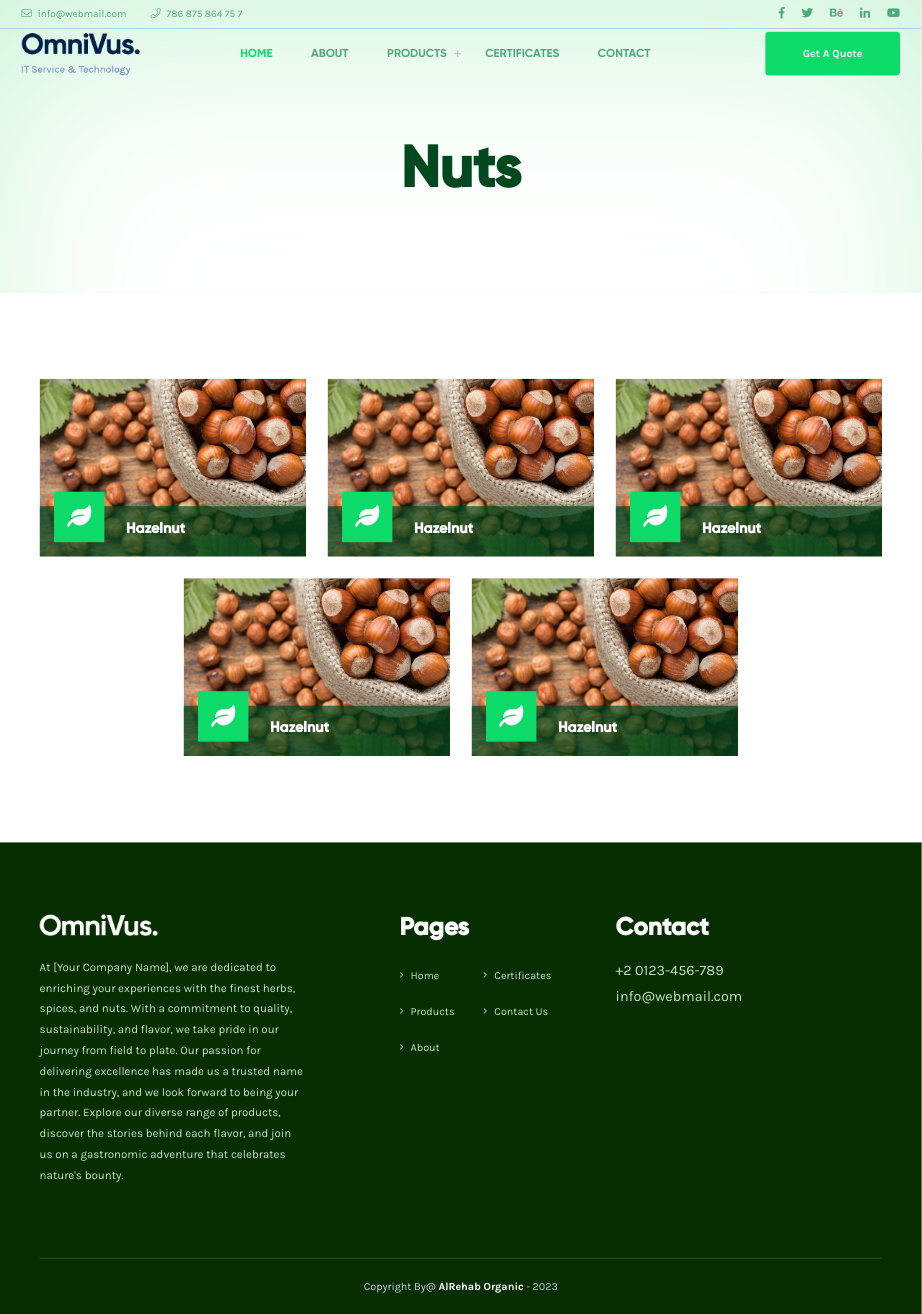
Repository: ziadmoh/alrehab-organic
Page: products.html
The author's editor kept a copy of each file at every save. The page is drawn from the files as they stood at one save, then again after the next save.
The browser window is 1280 px wide. The pictures show the whole page, at 72% of full size.
The style sheet was rebuilt from its Sass, Less or Tailwind sources for each picture, by a compiler version that may differ from the author's.

Above is the page before, as saved 2023-09-26 12:09:47.

### products.html
<!DOCTYPE html>
<html lang="zxx">

<head>
    <!--====== Required meta tags ======-->
    <meta charset="utf-8" />
    <meta http-equiv="x-ua-compatible" content="ie=edge" />
    <meta name="description" content="" />
    <meta name="viewport" content="width=device-width, initial-scale=1, shrink-to-fit=no" />

    <!--====== Title ======-->
    <title> Herbs and Spices Exporter | AlRehab Organic </title>
    <!--====== Favicon Icon ======-->
    <link rel="shortcut icon" href="assets/img/favicon.ico" type="img/png" />
    <!--====== Bootstrap css ======-->
    <link rel="stylesheet" href="assets/css/bootstrap.min.css" />
    <!--====== Slick Slider ======-->
    <link rel="stylesheet" href="assets/css/slick.css" />
    <!--====== Magnific ======-->
    <link rel="stylesheet" href="assets/css/magnific-popup.css" />
    <!--====== Animate CSS ======-->
    <link rel="stylesheet" href="assets/css/animate.min.css" />
    <!--====== Font Awesome ======-->
    <link rel="stylesheet" href="assets/css/font-awesome.min.css" />
    <!--====== Main Css ======-->
    <link rel="stylesheet" href="assets/css/style.css" />
</head>

<body>
    <!--====== Preloader Start ======-->
    <div id="preloader">
        <div class="loader-cubes">
            <div class="loader-cube1 loader-cube"></div>
            <div class="loader-cube2 loader-cube"></div>
            <div class="loader-cube4 loader-cube"></div>
            <div class="loader-cube3 loader-cube"></div>
        </div>
    </div>
    <!--====== Preloader End ======-->

    <!--====== Header Part Start ======-->
    <header class="header-two header-full-width sticky-header">
        <div class="header-topbar d-none d-sm-block">
            <div class="container-fluid">
                <div class="row align-items-center justify-content-between">
                    <div class="col-sm-auto col-12">
                        <ul class="contact-info text-center">
                            <li><a href="#"><i class="fal fa-envelope"></i> info@webmail.com</a></li>
                            <li><a href="#"><i class="fal fa-phone"></i> 786 875 864 75 7</a></li>
                        </ul>
                    </div>
                    <div class="col-sm-auto col-12">
                        <div class="social-icon text-center">
                            <ul>
                                <li><a href="#"><i class="fab fa-facebook-f"></i></a></li>
                                <li><a href="#"><i class="fab fa-twitter"></i></a></li>
                                <li><a href="#"><i class="fab fa-behance"></i></a></li>
                                <li><a href="#"><i class="fab fa-linkedin-in"></i></a></li>
                                <li><a href="#"><i class="fab fa-youtube"></i></a></li>
                            </ul>
                        </div>
                    </div>
                </div>
            </div>
        </div>
        <div class="header-navigation">
            <div class="container-fluid d-flex align-items-center justify-content-between">
                <div class="header-left">
                    <div class="site-logo">
                        <a href="index.html"><img src="assets/img/logo-2.png" alt="Omnivus"></a>
                    </div>
                </div>
                <div class="site-nav-menu">
                    <ul class="primary-menu">
                        <li class="current">
                            <a class="nav-link" href="index-3.html">Home</a>

                        </li>
                        <li>
                            <a class="nav-link" href="about.html">About</a>
                        </li>
                        <li>
                            <a href="#">Products</a>
                            <ul class="submenu">
                                <li><a href="products.html">Nuts</a></li>
                                <li><a href="products.html">Herbs</a></li>
                                <li><a href="products.html">Spices</a></li>
                                <!-- <li><a href="products-details.html">Services Details</a></li> -->
                            </ul>
                        </li>

                        <li>
                            <a class="nav-link" href="certificates.html">Certificates</a>
                        </li>
                        <li>
                            <a href="contact.html">Contact</a>
                        </li>
                    </ul>
                    <a href="#" class="nav-close"><i class="fal fa-times"></i></a>
                </div>
                <div class="header-extra d-flex align-items-center">
                    <div class="nav-toggler">
                        <span></span><span></span><span></span>
                    </div>
                    <div class="navbar-btn">
                        <a href="#">Get A Quote</a>
                    </div>
                </div>
            </div>
        </div>
    </header>
    <!--====== Header Part End ======-->

    <!--====== Page Title start ======-->
    <section class="page-title-area">
        <div class="container">
            <h2 class="title">Nuts</h2>
        </div>
    </section>
    <!--====== Page Title End ======-->

    <!--====== Service Section Start ======-->
    <section class="service-section-two section-gap-top pb-90">
        <div class="container">
            <div class="row service-items justify-content-center">
                <div class="col-lg-4 col-md-6 col-sm-8">
                    <div class="service-item-eight mb-30">
                        <div class="service-img">
                            <img src="assets/img/products/hazelnut.jpg" alt="Image">
                        </div>
                        <div class="services-overlay">
                            <div class="icon"><i class="fas fa-leaf"></i></div>
                            <h4 class="title"><a href="#">Hazelnut</a></h4>
                            <p>Lorem ipsum dolor sit amet consectetur adipisicing elit. Debitis harum tenetur eligendi explicabo, natus excepturi.</p>
                        </div>
                    </div>
                </div>
                <div class="col-lg-4 col-md-6 col-sm-8">
                    <div class="service-item-eight mb-30">
                        <div class="service-img">
                            <img src="assets/img/products/hazelnut.jpg" alt="Image">
                        </div>
                        <div class="services-overlay">
                            <div class="icon"><i class="fas fa-leaf"></i></div>
                            <h4 class="title"><a href="#">Hazelnut</a></h4>
                            <p>Lorem ipsum dolor sit amet consectetur adipisicing elit. Debitis harum tenetur eligendi explicabo, natus excepturi.</p>
                        </div>
                    </div>
                </div>
                <div class="col-lg-4 col-md-6 col-sm-8">
                    <div class="service-item-eight mb-30">
                        <div class="service-img">
                            <img src="assets/img/products/hazelnut.jpg" alt="Image">
                        </div>
                        <div class="services-overlay">
                            <div class="icon"><i class="fas fa-leaf"></i></div>
                            <h4 class="title"><a href="#">Hazelnut</a></h4>
                            <p>Lorem ipsum dolor sit amet consectetur adipisicing elit. Debitis harum tenetur eligendi explicabo, natus excepturi.</p>
                        </div>
                    </div>
                </div>
                <div class="col-lg-4 col-md-6 col-sm-8">
                    <div class="service-item-eight mb-30">
                        <div class="service-img">
                            <img src="assets/img/products/hazelnut.jpg" alt="Image">
                        </div>
                        <div class="services-overlay">
                            <div class="icon"><i class="fas fa-leaf"></i></div>
                            <h4 class="title"><a href="#">Hazelnut</a></h4>
                            <p>Lorem ipsum dolor sit amet consectetur adipisicing elit. Debitis harum tenetur eligendi explicabo, natus excepturi.</p>
                        </div>
                    </div>
                </div>
                <div class="col-lg-4 col-md-6 col-sm-8">
                    <div class="service-item-eight mb-30">
                        <div class="service-img">
                            <img src="assets/img/products/hazelnut.jpg" alt="Image">
                        </div>
                        <div class="services-overlay">
                            <div class="icon"><i class="fas fa-leaf"></i></div>
                            <h4 class="title"><a href="#">Hazelnut</a></h4>
                            <p>Lorem ipsum dolor sit amet consectetur adipisicing elit. Debitis harum tenetur eligendi explicabo, natus excepturi.</p>
                        </div>
                    </div>
                </div>

            </div>
        </div>
    </section>
    <!--====== Service Section End ======-->


    <!--====== Back to top start ======-->
    <div class="back-to-top">
        <a href="#"> <i class="fas fa-arrow-up"></i> </a>
    </div>
    <!--====== Back to top start ======-->

    <!--====== Footer PART START ======-->
    <footer class="footer-area">
        <div class="container">
            <div class="row footer-widgets">
                <div class="col-lg-4 col-md-6 col-md-7">
                    <div class="widget about-widget">
                        <div class="logo">
                            <img src="assets/img/logo-1.1.png" alt="">
                        </div>
                        <p>At [Your Company Name], we are dedicated to enriching your experiences with the finest herbs, spices, and nuts. With a commitment to quality, sustainability, and flavor, we take pride in our journey from field to plate. Our passion for delivering excellence has made us a trusted name in the industry, and we look forward to being your partner. Explore our diverse range of products, discover the stories behind each flavor, and join us on a gastronomic adventure that celebrates nature's bounty.</p>

                    </div>
                </div>
                <div class="col-lg-3 col-md-6 offset-xl-1">
                    <div class="widget nav-widget">
                        <h4 class="widget-title">Pages</h4>
                        <div class="footer-list">
                            <ul>
                                <li><a href="index.html"><i class="fal fa-angle-right"></i> Home</a></li>
                                <li><a href="products.html"><i class="fal fa-angle-right"></i> Products</a></li>
                                <li><a href="about.html"><i class="fal fa-angle-right"></i> About</a></li>

                            </ul>
                            <ul>
                                <li><a href="certificates.html"><i class="fal fa-angle-right"></i> Certificates</a></li>
                                <li><a href="contact.html"><i class="fal fa-angle-right"></i> Contact Us</a></li>

                            </ul>
                        </div>
                    </div>
                </div>
                <div class="col-lg-4 col-md-6 col-md-6">
                    <div class="widget contact-widget">
                        <h4 class="widget-title">Contact</h4>
                        <ul>

                            <li>+2 0123-456-789</li>
                            <li>info@webmail.com</li>
                        </ul>
                    </div>
                </div>
            </div>
            <div class="footer-copyright">
                <p>Copyright By@ <a href="#">AlRehab Organic</a> - 2023</p>
            </div>
        </div>
    </footer>
    <!--====== Footer PART ENDS ======-->

    <!--====== Jquery ======-->
    <script src="assets/js/jquery-1.12.4.min.js"></script>
    <!--====== Bootstrap ======-->
    <script src="assets/js/bootstrap.bundle.min.js"></script>
    <!--====== Slick slider ======-->
    <script src="assets/js/slick.min.js"></script>
    <!--====== Magnific ======-->
    <script src="assets/js/jquery.magnific-popup.min.js"></script>
    <!--====== Isotope ======-->
    <script src="assets/js/isotope.pkgd.min.js"></script>
    <!--====== Imagesloaded ======-->
    <script src="assets/js/imagesloaded.pkgd.min.js"></script>
    <!--====== Inview ======-->
    <script src="assets/js/jquery.inview.min.js"></script>
    <!--====== Easy Pie Chart ======-->
    <script src="assets/js/jquery.easypiechart.min.js"></script>
    <!--====== Syotimer ======-->
    <script src="assets/js/jquery.syotimer.min.js"></script>
    <!--====== Wow ======-->
    <script src="assets/js/wow.min.js"></script>
    <!--====== Main JS ======-->
    <script src="assets/js/main.js"></script>
</body>

</html>

### assets/scss/style.scss
/*-----------------------------------------------------------------------------------
    Template Name: Omnivus - IT Solutions & Digital Services HTML5 Template
    Template URI: https://webtend.net/demo/html/omnivus/
    Author: WebTend
    Author URI:  https://webtend.net/
    Version: 1.0

    Note: This is Main Style Scss File.
-----------------------------------------------------------------------------------
	CSS INDEX
	===================
    01. Common
    02. Header
    03. Banner
    04. Service
    05. Feature
    05. Portdolio
    07. Counter
    08. Team
    09. Testimonial
    10. Call to action
    11. Latest Post
    12. About
    13. Why Choose
    14. Contact
    15. Intro Video
    16. Accordion
    17. history
    18. Brand
    19. Page title
    20. Shop
    21. Blog
    22. Pricing
    23. Tile Gallery
    24. Comming Soon
    25. Privacy
-----------------------------------------------------------------------------------*/

@import "variables";
@import "common";
@import "header";
@import "banner";
@import "service";
@import "feature";
@import "portfolio";
@import "counter";
@import "team";
@import "testimonial";
@import "cta";
@import "latest-news";
@import "about";
@import "why-choose";
@import "contact";
@import "intro-video";
@import "accordion";
@import "history";
@import "brand";
@import "footer";
@import "page-title";
@import "shop";
@import "blog";
@import "pricing";
@import "tile-gallery";
@import "coming-soon";
@import "privacy";

### assets/scss/_brand.scss
/*=======  Brand Slider  =======*/
.brand-slider {
    .brand-item {
        text-align: center;

        a {
            opacity: 0.2;

            &:hover {
                opacity: 1;
            }
        }

        &.full-opacity a{
            opacity: 1;
        }
    }

    .slick-track {
        display: flex;
        align-items: center;
    }
}

### assets/scss/_page-title.scss
/*=======  Page Title  =======*/
.page-title-area {
    background: #a9ecbb96;
    position: relative;
    z-index: 1;
    text-align: center;
    padding-top: 190px;
    padding-bottom: 110px;

    @include respond-below(sm) {
        padding-top: 180px;
    }

    &::before {
        position: absolute;
        content: "";
        top: 0;
        left: 0;
        width: 100%;
        height: 100%;
        background-image: url(../img/banner/banner-gradient-bg-2.png);
        background-repeat: no-repeat;
        background-size: cover;
        background-position: center;
        z-index: -1;
    }

    .title {
        font-size: 80px;
        margin-bottom: 10px;

        @include respond-below(lg) {
            font-size: 62px;
        }

        @include respond-below(sm) {
            font-size: 38px;
        }
    }

    .breadcrumb-nav {
        display: flex;
        justify-content: center;

        li {
            font-size: 24px;
            font-weight: 700;
            position: relative;
            line-height: 1;

            @include respond-below(sm) {
                font-size: 18px;
            }

            &:not(:last-child) {
                &::after {
                    content: "|";
                    margin: 0 8px;
                }
            }

            &,
            a {
                color: #69a1bb;
            }
        }
    }
}

### assets/scss/_tile-gallery.scss
/*======= Tile Gallery =======*/
.tile-gallery-one {
    text-align: right;

    img {
        border: 11px solid $white;
        box-shadow: 0px 13px 30px rgba(0, 0, 0, 0.07);
    }

    .img-one {
        text-align: left;

        @include respond-between(lg, xl) {
            max-width: 90%;
        }

        @include respond-below(md) {
            max-width: 90%;
        }
    }

    .img-two {
        margin-top: -80px;
        position: relative;
        display: inline-block;
        margin-left: auto;
        z-index: 1;

        @include respond-between(lg, xl) {
            max-width: 90%;
        }

        @include respond-below(md) {
            max-width: 90%;
        }

        &::before {
            content: "";
            position: absolute;
            content: "";
            left: -15px;
            bottom: -15px;
            background-color: $primary-color;
            z-index: -1;
            height: 180px;
            width: 180px;
            clip-path: polygon(0 0, 0% 100%, 100% 100%);
        }
    }
}

.tile-gallery-two {
    text-align: right;

    .img-one {
        text-align: left;

        @include respond-below(sm) {
            max-width: 90%;
        }
    }

    .img-two {
        margin-top: -220px;
        position: relative;
        z-index: 1;
        display: inline-block;

        @include respond-between(lg, xl) {
            max-width: 80%;
        }

        @include respond-below(sm) {
            max-width: 90%;
        }

        &::before {
            content: "";
            position: absolute;
            content: "";
            right: -15px;
            bottom: -15px;
            background-color: $primary-color;
            z-index: -1;
            width: calc(100% - 80px);
            height: calc(100% - 80px);
            clip-path: polygon(100% 0, 0% 100%, 100% 100%);
        }
    }
}

.tile-gallery-three {
    .img-one {
        text-align: right;

        @include respond-below(sm) {
            max-width: 90%;
        }
    }

    .img-two {
        margin-top: -220px;
        position: relative;
        z-index: 1;
        display: inline-block;

        @include respond-below(sm) {
            max-width: 90%;
        }

        @include respond-between(lg, xl) {
            max-width: 90%;
        }

        img {
            border: 15px solid $soft-blue;
        }
    }
}

### assets/scss/_privacy.scss
/*=======  Privacy  =======*/
.privacy-area {
    .content-box {
        padding-bottom: 25px;
        border-bottom: 1px solid $border-color;
        color: $text-color-2;

        &:last-child {
            border-bottom: none;
        }

        h2 {
            margin-bottom: 20px;
        }

        h4 {
            max-width: 80%;
            margin-bottom: 15px;
        }

        p {
            margin-bottom: 20px;
        }

        ul.list {
            margin-top: 15px;

            li {
                position: relative;
                padding-left: 20px;
                padding-bottom: 15px;
                line-height: 20px;

                &:before {
                    position: absolute;
                    top: 5px;
                    left: 0;
                    width: 10px;
                    height: 10px;
                    border-radius: 10px;
                    background: $secondary-color;
                    content: "";
                }
            }
        }
    }
}

Loaded but not shown: assets/css/bootstrap.min.css (library); assets/css/slick.css (common file); assets/css/magnific-popup.css (library); assets/css/animate.min.css (library); assets/css/font-awesome.min.css (library); assets/js/jquery-1.12.4.min.js (library); assets/js/bootstrap.bundle.min.js (library); assets/js/slick.min.js (library); assets/js/jquery.magnific-popup.min.js (library); assets/js/isotope.pkgd.min.js (library); assets/js/imagesloaded.pkgd.min.js (library); assets/js/jquery.inview.min.js (common file); assets/js/jquery.easypiechart.min.js (library); assets/js/jquery.syotimer.min.js (library); assets/js/wow.min.js (library); assets/js/main.js (629 lines, source omitted); assets/scss/_blog.scss (1050 lines, source omitted); assets/scss/_header.scss (781 lines, source omitted); assets/scss/_service.scss (849 lines, source omitted); assets/scss/_banner.scss (727 lines, source omitted); assets/scss/_common.scss (1101 lines, source omitted); assets/scss/_shop.scss (765 lines, source omitted); assets/scss/_portfolio.scss (552 lines, source omitted); assets/scss/_team.scss (422 lines, source omitted); assets/scss/_accordion.scss (320 lines, source omitted); assets/scss/_feature.scss (328 lines, source omitted); assets/scss/_intro-video.scss (289 lines, source omitted); assets/scss/_counter.scss (327 lines, source omitted); assets/scss/_latest-news.scss (316 lines, source omitted); assets/scss/_cta.scss (275 lines, source omitted); assets/scss/_contact.scss (280 lines, source omitted); assets/scss/_about.scss (261 lines, source omitted); assets/scss/_footer.scss (239 lines, source omitted); assets/scss/_history.scss (164 lines, source omitted); assets/scss/_coming-soon.scss (136 lines, source omitted); assets/scss/_testimonial.scss (143 lines, source omitted); assets/scss/_variables.scss (120 lines, source omitted); assets/scss/_pricing.scss (147 lines, source omitted); assets/scss/_why-choose.scss (109 lines, source omitted)

After the next save:
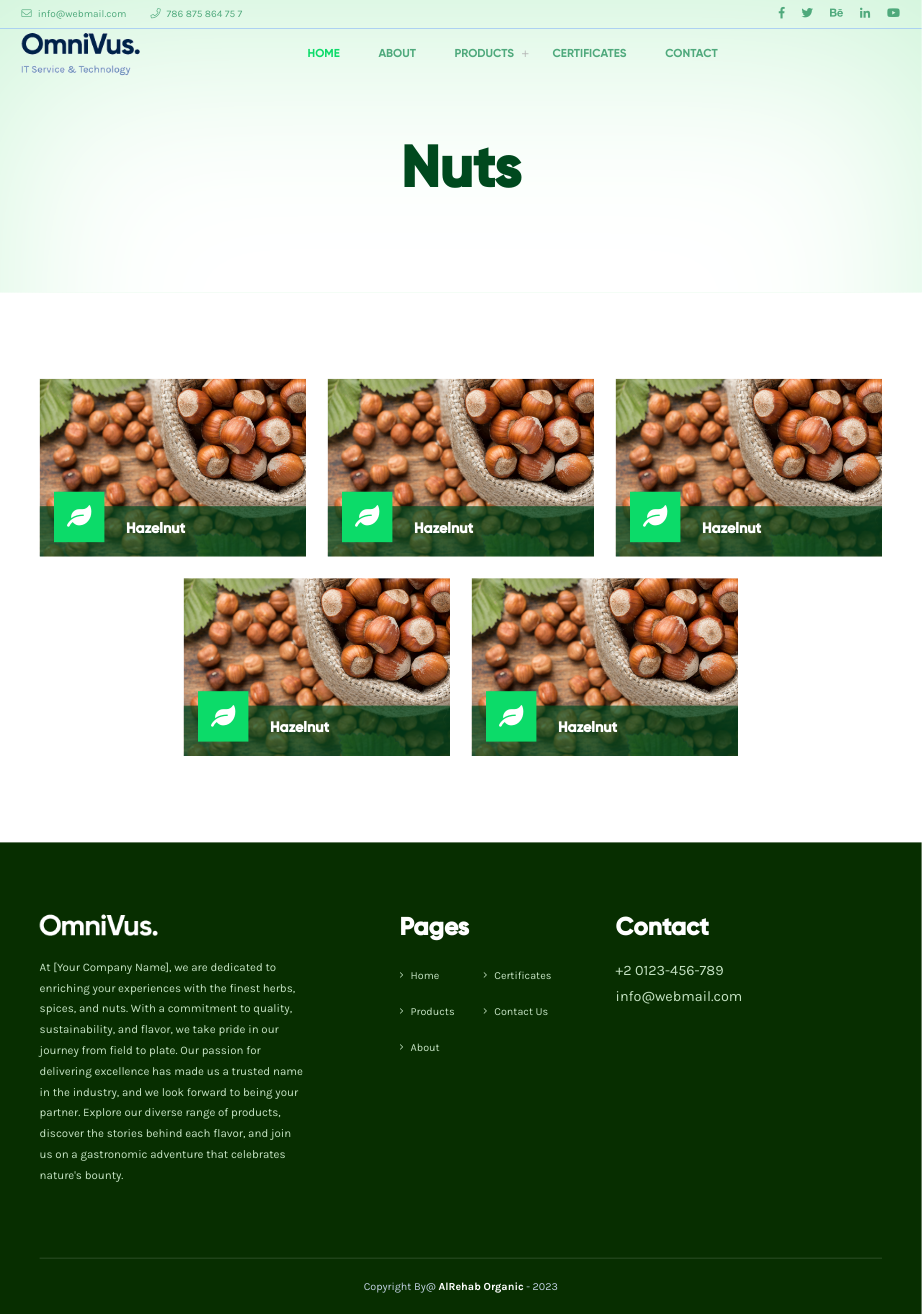
Saved 19 s later.
--- a/products.html
+++ b/products.html
@@ -101,9 +101,6 @@
                 <div class="header-extra d-flex align-items-center">
                     <div class="nav-toggler">
                         <span></span><span></span><span></span>
-                    </div>
-                    <div class="navbar-btn">
-                        <a href="#">Get A Quote</a>
                     </div>
                 </div>
             </div>
